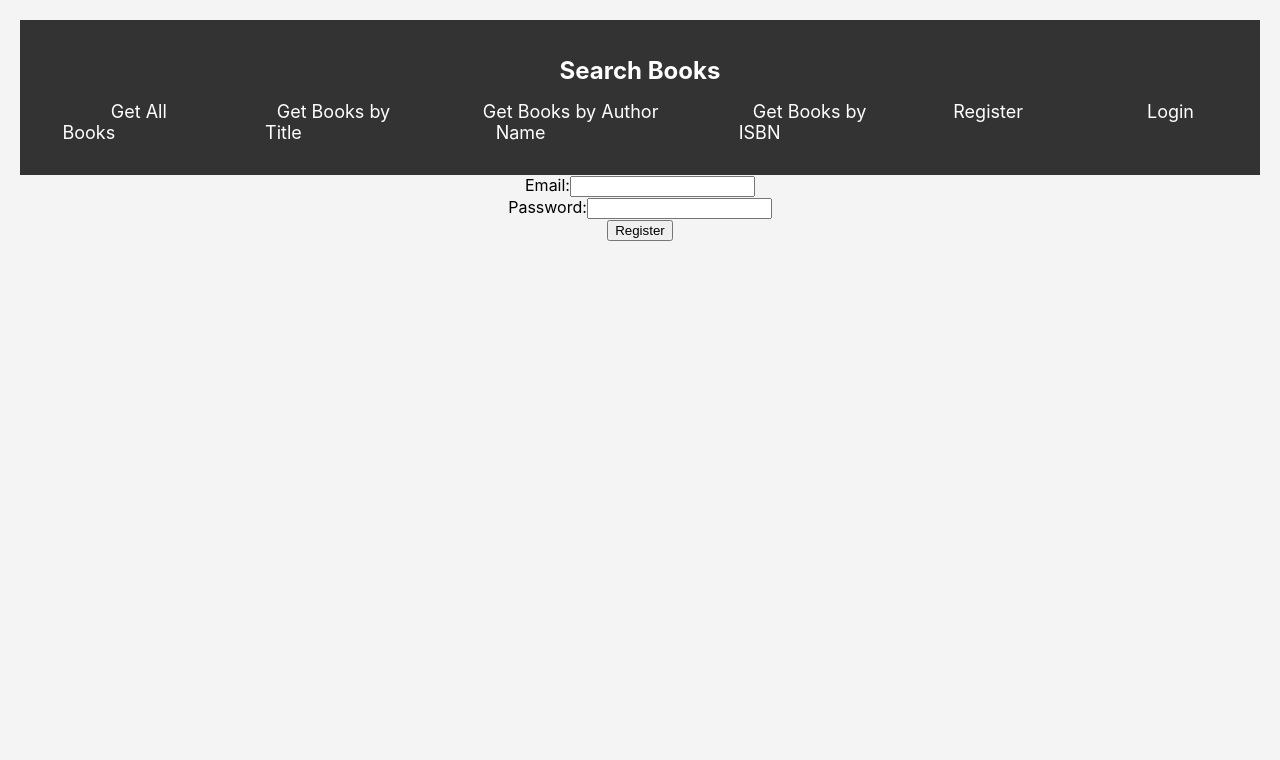
Repository: adityashirsath2003/myapp
Page: /register (app in FrontEnd/frontend/)
The author's editor kept a copy of each file at every save. The page is drawn from the files as they stood at one save, then again after the next save.
The browser window is 1280 px wide. The pictures show the whole page.
The project was rebuilt for these pictures with package versions that can differ from the ones it lists, and the page was loaded fresh each time. Also part of the build but not shown: FrontEnd/frontend/src/App.css, FrontEnd/frontend/src/Navbar.js, FrontEnd/frontend/src/Search.js, FrontEnd/frontend/src/Navbar2.js, FrontEnd/frontend/src/Login.js, FrontEnd/frontend/src/SearchTitle.js, FrontEnd/frontend/src/SearchName.js, FrontEnd/frontend/src/SearchISBN.js.

Above is the page before, as saved 2024-10-24 13:43:14.

### FrontEnd/frontend/src/App.js
import React, { useState } from 'react';
import './App.css';
import { Navbar } from './Navbar';
import { BrowserRouter as Router, Route, Routes } from 'react-router-dom';
import { Search } from './Search';
import {Navbar2} from './Navbar2';
import { Login } from './Login';
import { Register } from './Register';
import { Navbar3 } from './Navbar3';
import  SearchTitle  from './SearchTitle';
import SearchName from './SearchName';
import SearchISBN from './SearchISBN';

const App = () => {
  const [mail, setMail] = useState('');

  const appStyle = {
    textAlign: 'center',
    backgroundColor: '#f4f4f4',
    minHeight: '100vh',
    padding: '20px',
  };

  return (
    <div style={appStyle}>
      {mail ? (
          <Router>
          <Navbar />
          <Routes>
          <Route path="/getmyreviews" element={<Search />} />
          <Route path="/deletemyreviews" element={<Search />} />
          </Routes>
          </Router>
      ) : (

        <Router>
        <Navbar3 />
        <Routes>
          <Route path="/getallbooks" element={<Search />} />
          <Route path="/getbytitle" element={<SearchTitle />} />
          <Route path="/getbyname" element={<SearchName />} />
          <Route path="/getbyisbn" element={<SearchISBN />} />
          <Route path="/login" element={<Login form={setMail} />} />
          <Route path="/register" element={<Register mail={mail} />} />
        </Routes>
      </Router>
      )}
    </div>
  );
};

export default App;

### FrontEnd/frontend/src/Register.js
import React, { useState } from 'react';
import axios from 'axios';

export function Register() {
    const [email, setEmail] = useState('');
    const [password, setPassword] = useState('');
    const [error, setError] = useState('');

    const handleSubmit = async (e) => {
        e.preventDefault();
        try {
            const response = await axios.post('http://localhost:5000/register', {
                email,
                password
            });
            console.log('Registration successful:', response.data);
        } catch (error) {
            setError('Error registering user');
            console.error(error.message);
        }
    };

    return (
        <form onSubmit={handleSubmit}>
            <div>
                <label>Email:</label>
                <input
                    type="email"
                    value={email}
                    onChange={(e) => setEmail(e.target.value)}
                    required
                />
            </div>
            <div>
                <label>Password:</label>
                <input
                    type="password"
                    value={password}
                    onChange={(e) => setPassword(e.target.value)}
                    required
                />
            </div>
            <button type="submit">Register</button>
            {error && <p>{error}</p>}
        </form>
    );
}

### FrontEnd/frontend/src/Navbar3.js
import React from 'react';
import { Link } from 'react-router-dom';

export function Navbar3() {
    const navStyle = {
        backgroundColor: '#333',
        padding: '1rem',
        textAlign: 'center',
    };

    const headingStyle = {
        color: '#fff',
        marginBottom: '1rem',
    };

    const ulStyle = {
        listStyleType: 'none',
        padding: '0',
        display: 'flex',
        justifyContent: 'center',
        gap: '1.5rem',
    };

    const linkStyle = {
        color: '#fff',
        textDecoration: 'none',
        fontSize: '18px',
        marginLeft: '50px',
        marginRight: '50px',
    };

    const linkHoverStyle = {
        color: '#ffeb3b',
    };

    return (
        <nav style={navStyle}>
            <h1 style={headingStyle}>Search Books</h1>
            <ul style={ulStyle}>
                <li><Link to="/getallbooks" style={linkStyle}>Get All Books</Link></li>
                <li><Link to="/getbytitle" style={linkStyle}>Get Books by Title</Link></li>
                <li><Link to="/getbyname" style={linkStyle}>Get Books by Author Name</Link></li>
                <li><Link to="/getbyisbn" style={linkStyle}>Get Books by ISBN</Link></li>
                <li><Link to="/register" style={linkStyle}>Register</Link></li>
                <li><Link to="/login" style={linkStyle}>Login</Link></li>

            </ul>
        </nav>
    );
}

Loaded but not shown: FrontEnd/frontend/public/index.html (common file); FrontEnd/frontend/src/index.js (common file); FrontEnd/frontend/src/index.css (common file); FrontEnd/frontend/src/reportWebVitals.js (common file)

After the next save:
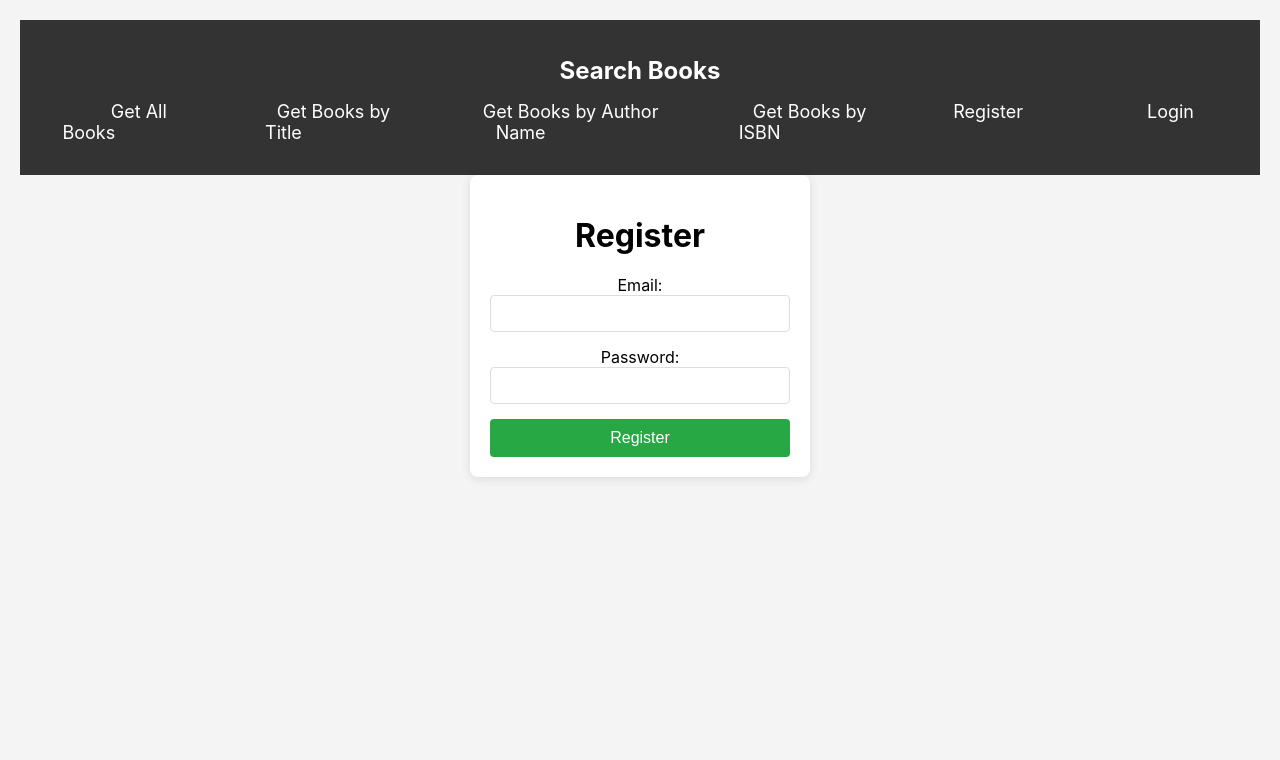
Saved 2 min 15 s later.
--- a/FrontEnd/frontend/src/Register.js
+++ b/FrontEnd/frontend/src/Register.js
@@ -20,8 +20,44 @@ export function Register() {
         }
     };
 
+    // Inline styles
+    const formStyle = {
+        backgroundColor: 'white',
+        padding: '20px',
+        borderRadius: '8px',
+        boxShadow: '0 2px 10px rgba(0, 0, 0, 0.1)',
+        width: '300px',
+        margin: '0 auto',
+    };
+
+    const inputStyle = {
+        width: '100%',
+        padding: '10px',
+        border: '1px solid #ddd',
+        borderRadius: '4px',
+        boxSizing: 'border-box',
+        marginBottom: '15px',
+    };
+
+    const buttonStyle = {
+        width: '100%',
+        padding: '10px',
+        backgroundColor: '#28a745',
+        color: 'white',
+        border: 'none',
+        borderRadius: '4px',
+        cursor: 'pointer',
+        fontSize: '16px',
+    };
+
+    const buttonHoverStyle = {
+        ...buttonStyle,
+        backgroundColor: '#218838',
+    };
+
     return (
-        <form onSubmit={handleSubmit}>
+        <form onSubmit={handleSubmit} style={formStyle}>
+            <h1 style={{ textAlign: 'center', marginBottom: '20px' }}>Register</h1>
             <div>
                 <label>Email:</label>
                 <input
@@ -29,6 +65,7 @@ export function Register() {
                     value={email}
                     onChange={(e) => setEmail(e.target.value)}
                     required
+                    style={inputStyle}
                 />
             </div>
             <div>
@@ -38,10 +75,13 @@ export function Register() {
                     value={password}
                     onChange={(e) => setPassword(e.target.value)}
                     required
+                    style={inputStyle}
                 />
             </div>
-            <button type="submit">Register</button>
-            {error && <p>{error}</p>}
+            <button type="submit" style={buttonStyle} onMouseOver={(e) => e.currentTarget.style.backgroundColor = buttonHoverStyle.backgroundColor} onMouseOut={(e) => e.currentTarget.style.backgroundColor = buttonStyle.backgroundColor}>
+                Register
+            </button>
+            {error && <p style={{ color: 'red', textAlign: 'center' }}>{error}</p>}
         </form>
     );
 }
